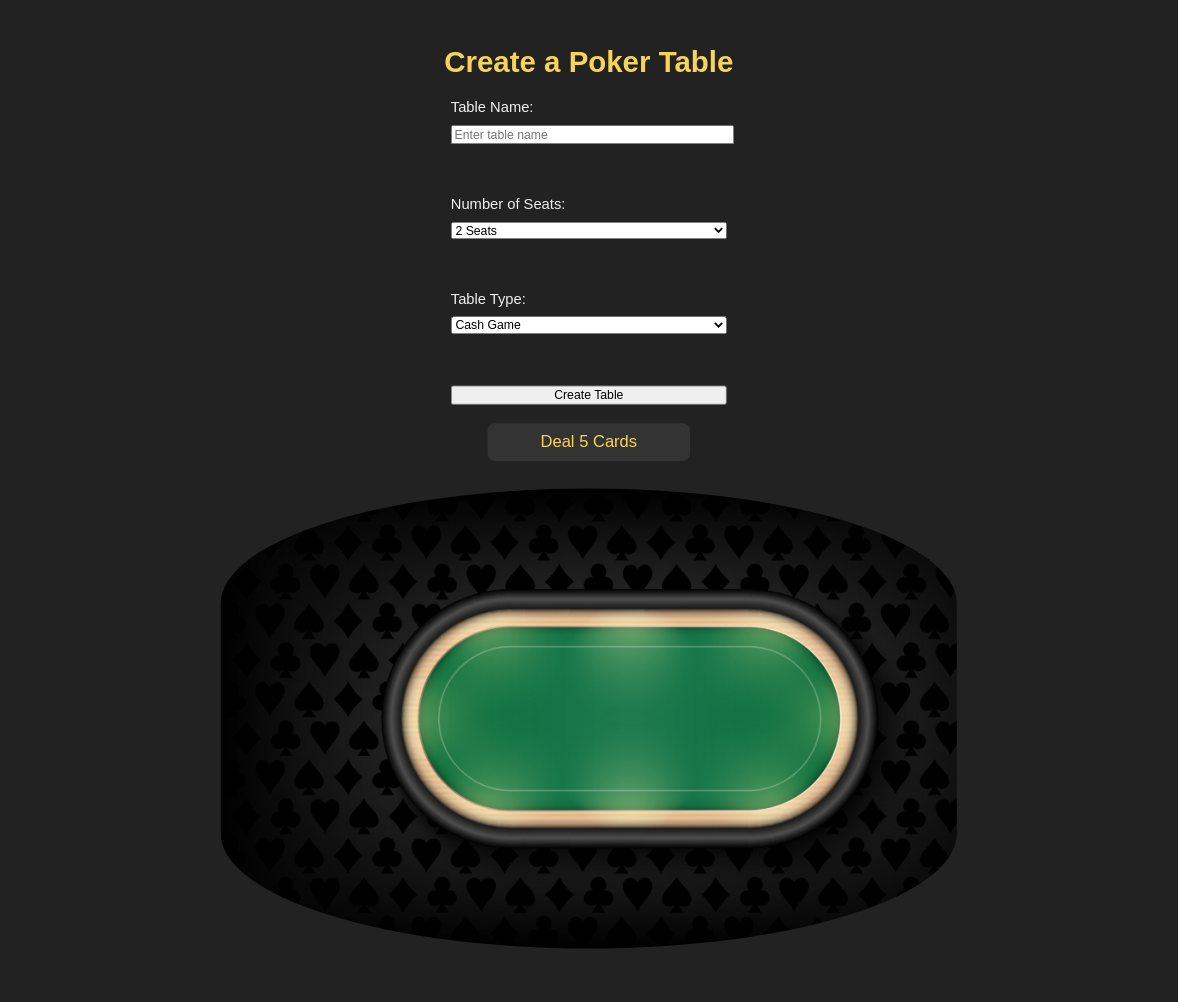
Repository: KidBillionaire/newapp
Page: public/create-table.html
The author's editor kept a copy of each file at every save. The page is drawn from the files as they stood at one save, then again after the next save.
The browser window is 1280 px wide. The pictures show the whole page, at 92% of full size.

Above is the page before, as saved 2024-10-10 21:21:04.

### public/create-table.html
<!DOCTYPE html>
<html lang="en">
<head>
    <meta charset="UTF-8">
    <meta name="viewport" content="width=device-width, initial-scale=1.0">
    <title>Fancy Poker Table</title>
    <style>
        /* Main Page Styles */
        body.create-table-page {
            font-family: 'Arial', sans-serif;
            background-color: #222; /* Dark background for contrast */
            color: #f0f0f0; /* Light font color */
            padding: 20px;
        }

        h1 {
            text-align: center;
            color: #f7d358; /* Golden color */
        }

        /* Center the form */
        form {
            margin: 20px auto;
            width: 300px;
        }

        label, select, input, button {
            display: block;
            width: 100%;
            margin: 10px 0;
        }

        #dealCardsButton {
            width: 200px;
            margin: 20px auto;
            padding: 10px;
            font-size: 18px;
            cursor: pointer;
            text-align: center;
            border: none;
            background: #333;
            color: #f7d358;
            border-radius: 8px;
            transition: background 0.3s ease-in-out;
        }

        #dealCardsButton:hover {
            background: #f7d358;
            color: #333;
        }

        /* Poker Table Styles */
        #pokerTableContainer {
            margin: 30px auto;
            width: 800px;
            height: 500px;
            background-image: url('/images/vecteezy_poker-table-green-cloth-on-dark-background-vector-illustration_6325236.jpg');
            background-size: cover;
            border-radius: 50% / 25%; /* Oval shape */
            position: relative;
        }

        .seat {
            width: 50px;
            height: 50px;
            background-color: #ff6347;
            border-radius: 50%;
            display: flex;
            align-items: center;
            justify-content: center;
            color: #fff;
            position: absolute;
        }

        /* Fancy Card Styles */
        .card {
            width: 60px;
            height: 80px;
            background: #fff;
            border-radius: 8px;
            border: 2px solid #333;
            box-shadow: 0 8px 15px rgba(0, 0, 0, 0.2);
            display: flex;
            align-items: center;
            justify-content: center;
            color: #333;
            font-size: 24px;
            font-weight: bold;
            position: absolute;
            transform: translate(-50%, -50%) scale(0); /* Start with scale 0 */
            transition: transform 0.4s ease-out; /* Smooth animation */
        }

        .card.deal {
            transform: translate(-50%, -50%) scale(1); /* Scale up on deal */
        }
    </style>
</head>
<body class="create-table-page">
    <div>
        <h1>Create a Poker Table</h1>
        <form id="createTableForm">
            <label for="tableName">Table Name:</label>
            <input type="text" id="tableName" placeholder="Enter table name" required>
            <br><br>

            <label for="numSeats">Number of Seats:</label>
            <select id="numSeats">
                <option value="2">2 Seats</option>
                <option value="6">6 Seats</option>
                <option value="10">10 Seats</option>
            </select>
            <br><br>

            <label for="tableType">Table Type:</label>
            <select id="tableType">
                <option value="cash">Cash Game</option>
                <option value="tournament">Tournament</option>
            </select>
            <br><br>

            <button type="submit">Create Table</button>
        </form>
    </div>

    <div id="dealCardsButton">Deal 5 Cards</div>

    <!-- Poker Table Container -->
    <div id="pokerTableContainer">
        <!-- The seats and cards will be dynamically positioned based on user actions -->
    </div>

    <script>
        const createTableForm = document.getElementById('createTableForm');
        const pokerTableContainer = document.getElementById('pokerTableContainer');
        const dealCardsButton = document.getElementById('dealCardsButton');

        createTableForm.addEventListener('submit', function(event) {
            event.preventDefault();

            pokerTableContainer.innerHTML = ''; // Clear existing seats

            const numSeats = parseInt(document.getElementById('numSeats').value);
            const xRadius = 350;
            const yRadius = 200;
            const centerX = pokerTableContainer.offsetWidth / 2;
            const centerY = pokerTableContainer.offsetHeight / 2;

            for (let i = 0; i < numSeats; i++) {
                const seat = document.createElement('div');
                seat.className = 'seat';
                seat.textContent = i + 1;
                pokerTableContainer.appendChild(seat);

                const angle = (i / numSeats) * (2 * Math.PI);
                const x = centerX + xRadius * Math.cos(angle) - (seat.offsetWidth / 2);
                const y = centerY + yRadius * Math.sin(angle) - (seat.offsetHeight / 2);

                seat.style.left = `${x}px`;
                seat.style.top = `${y}px`;
            }
        });

        // Function to handle card dealing and animation
        dealCardsButton.addEventListener('click', function() {
            const existingCards = document.querySelectorAll('.card');
            existingCards.forEach(card => card.remove()); // Clear any previous cards

            const centerX = pokerTableContainer.offsetWidth / 2;
            const centerY = pokerTableContainer.offsetHeight / 2;

            // Create and deal 5 cards
            const cardValues = ['A♠', 'K♣', '10♦', '7♥', 'J♠']; // Sample values
            cardValues.forEach((value, index) => {
                const card = document.createElement('div');
                card.className = 'card';
                card.textContent = value;
                pokerTableContainer.appendChild(card);

                // Set initial position (center of the table)
                card.style.left = `${centerX}px`;
                card.style.top = `${centerY}px`;

                // Use a timeout to stagger the animation
                setTimeout(() => {
                    // Position cards with spacing
                    card.style.left = `${centerX - 150 + index * 75}px`;
                    card.style.top = `${centerY - 40}px`;

                    // Trigger the deal animation
                    card.classList.add('deal');
                }, index * 200); // Stagger by 200ms each
            });
        });
    </script>
</body>
</html>

After the next save:
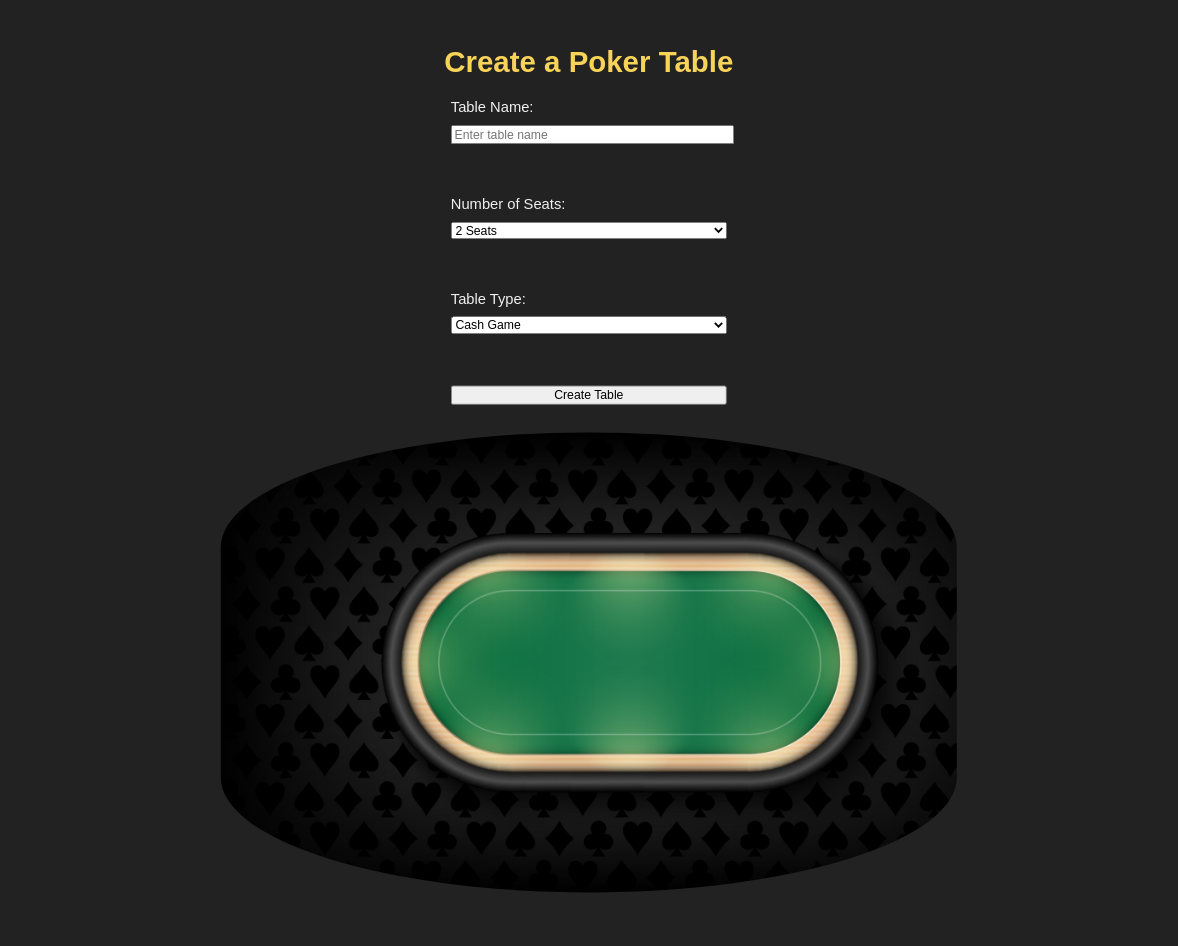
Saved 3 min 23 s later.
--- a/public/create-table.html
+++ b/public/create-table.html
@@ -18,7 +18,6 @@
             color: #f7d358; /* Golden color */
         }
 
-        /* Center the form */
         form {
             margin: 20px auto;
             width: 300px;
@@ -70,6 +69,18 @@
             justify-content: center;
             color: #fff;
             position: absolute;
+            cursor: pointer;
+            transition: background 0.3s ease-in-out;
+        }
+
+        .seat:hover {
+            background-color: #ffd700; /* Highlight on hover */
+        }
+
+        /* Seat with a player */
+        .seat.occupied {
+            background-color: #4caf50; /* Occupied seat color */
+            cursor: not-allowed;
         }
 
         /* Fancy Card Styles */
@@ -123,7 +134,7 @@
         </form>
     </div>
 
-    <div id="dealCardsButton">Deal 5 Cards</div>
+    <div id="dealCardsButton" style="display: none;">Deal 5 Cards</div>
 
     <!-- Poker Table Container -->
     <div id="pokerTableContainer">
@@ -134,6 +145,7 @@
         const createTableForm = document.getElementById('createTableForm');
         const pokerTableContainer = document.getElementById('pokerTableContainer');
         const dealCardsButton = document.getElementById('dealCardsButton');
+        let currentPlayer = null;
 
         createTableForm.addEventListener('submit', function(event) {
             event.preventDefault();
@@ -149,7 +161,9 @@
             for (let i = 0; i < numSeats; i++) {
                 const seat = document.createElement('div');
                 seat.className = 'seat';
-                seat.textContent = i + 1;
+                seat.textContent = `Seat ${i + 1}`;
+                seat.setAttribute('data-seat', i + 1);
+                seat.addEventListener('click', handleSeatClick); // Assign click event to each seat
                 pokerTableContainer.appendChild(seat);
 
                 const angle = (i / numSeats) * (2 * Math.PI);
@@ -159,39 +173,22 @@
                 seat.style.left = `${x}px`;
                 seat.style.top = `${y}px`;
             }
+
+            dealCardsButton.style.display = 'block';
         });
 
-        // Function to handle card dealing and animation
-        dealCardsButton.addEventListener('click', function() {
-            const existingCards = document.querySelectorAll('.card');
-            existingCards.forEach(card => card.remove()); // Clear any previous cards
+        function handleSeatClick(event) {
+            const seat = event.target;
+            if (seat.classList.contains('occupied')) return; // Skip if seat is occupied
 
-            const centerX = pokerTableContainer.offsetWidth / 2;
-            const centerY = pokerTableContainer.offsetHeight / 2;
-
-            // Create and deal 5 cards
-            const cardValues = ['A♠', 'K♣', '10♦', '7♥', 'J♠']; // Sample values
-            cardValues.forEach((value, index) => {
-                const card = document.createElement('div');
-                card.className = 'card';
-                card.textContent = value;
-                pokerTableContainer.appendChild(card);
-
-                // Set initial position (center of the table)
-                card.style.left = `${centerX}px`;
-                card.style.top = `${centerY}px`;
-
-                // Use a timeout to stagger the animation
-                setTimeout(() => {
-                    // Position cards with spacing
-                    card.style.left = `${centerX - 150 + index * 75}px`;
-                    card.style.top = `${centerY - 40}px`;
-
-                    // Trigger the deal animation
-                    card.classList.add('deal');
-                }, index * 200); // Stagger by 200ms each
-            });
-        });
+            // Assign player to seat
+            const playerName = prompt('Enter player name:');
+            if (playerName) {
+                seat.textContent = playerName;
+                seat.classList.add('occupied');
+                currentPlayer = playerName; // Set the current player to the one who clicked
+            }
+        }
     </script>
 </body>
 </html>
